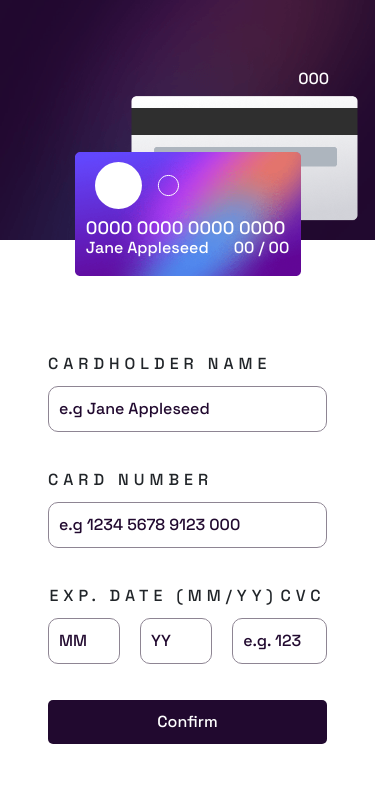
Repository: blordeus/interactive-card-details-form-main
Page: index.html
These files come from the project's save history. The page is drawn as it stood at one moment and after the next save; the edit follows.
The browser window is 375 px wide. The page is 389 px wide, so the pictures cover 389 px, including what lies to the right of the window. The pictures show the whole page.
The style sheet was rebuilt from its Sass, Less or Tailwind sources for each picture, by a compiler version that may differ from the author's.

Above is the page before, as saved 2023-06-16 23:35:42.

After the next save:
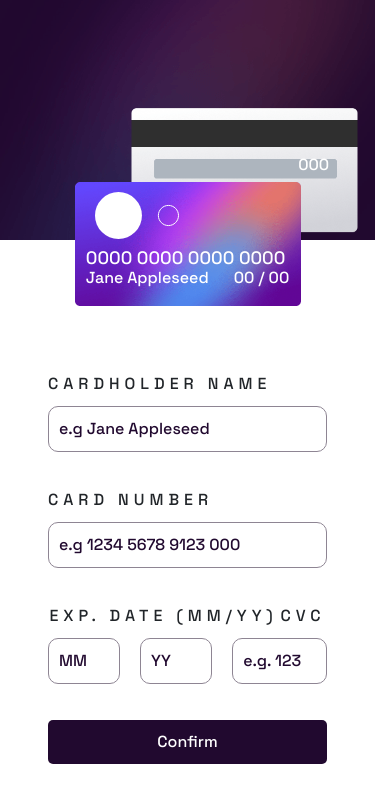
Saved 9 s later.
--- a/index.scss
+++ b/index.scss
@@ -205,6 +205,6 @@ $neutral4: hsl(278, 68%, 11%);
     .cvc {
         top: 40%;
         transform: translate(185%, -330%);
-        position: absolute;
-    }
-  }
+        position: relative;
+    }
+  }
